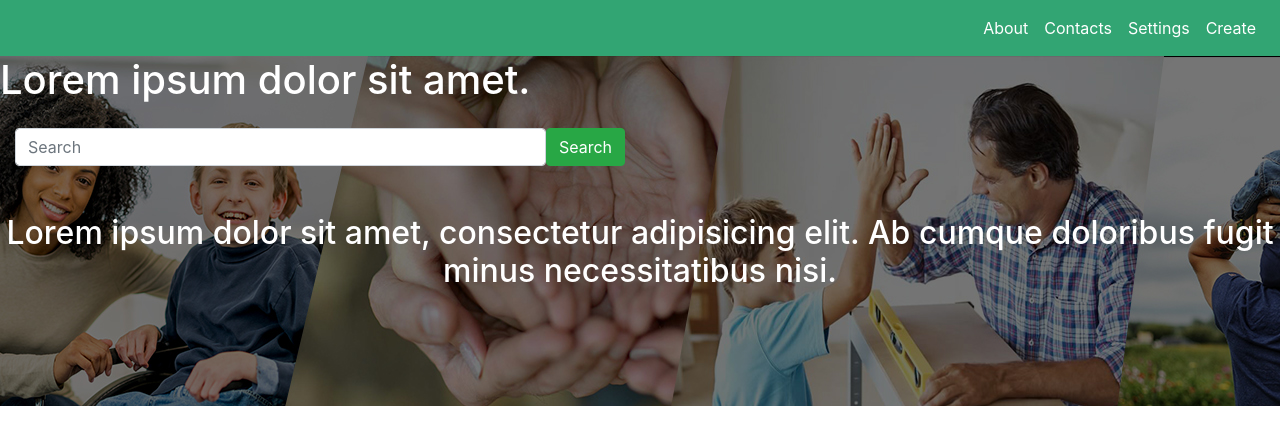
Repository: abduvali-aminov/fond
Page: http://localhost/main
The author's editor kept a copy of each file at every save. The page is drawn from the files as they stood at one save, then again after the next save.
The browser window is 1280 px wide. The pictures show the whole page.
The page is served by the project's Laravel application, run on PHP 8.4 with Laravel 8.

Above is the page before, as saved 2021-01-18 12:48:30.

After the next save:
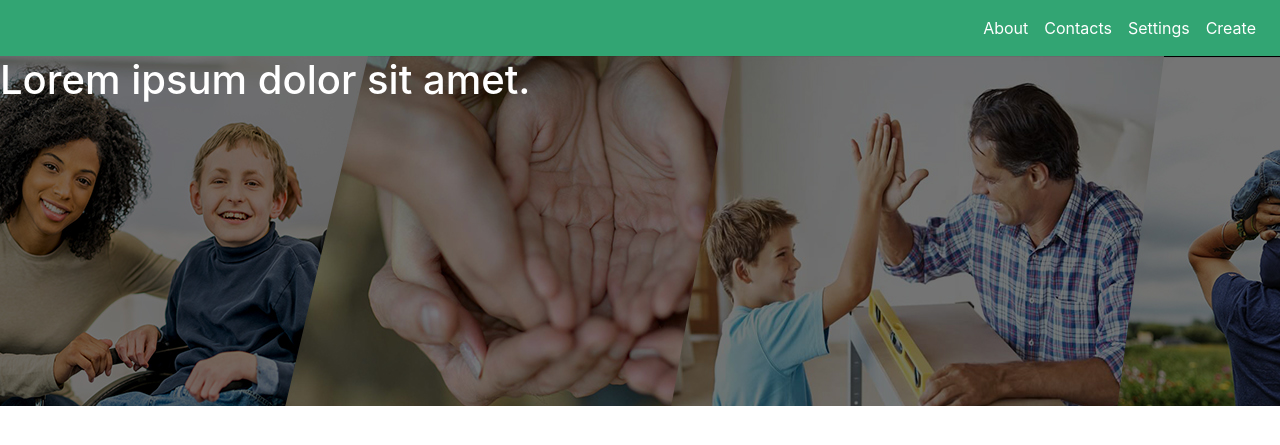
Saved 17 s later.
--- a/resources/views/main/index.blade.php
+++ b/resources/views/main/index.blade.php
@@ -4,11 +4,11 @@
     <div  style="height: 350px;background-image:url('{{ asset('images/photo_3.jpg') }}');position:relative">
             <div class="center">
                 <h1 class="text-white">Lorem ipsum dolor sit amet.</h1>
-                <form class="d-flex col-6 mt-4">
+                {{-- <form class="d-flex col-6 mt-4">
                     <input class="form-control" type="search" placeholder="Search" aria-label="Search">
                     <button class="btn btn-success" type="submit">Search</button>
                 </form>
-                <h2 class="text-center text-white mt-5">Lorem ipsum dolor sit amet, consectetur adipisicing elit. Ab cumque doloribus fugit minus necessitatibus nisi.</h2>
+                <h2 class="text-center text-white mt-5">Lorem ipsum dolor sit amet, consectetur adipisicing elit. Ab cumque doloribus fugit minus necessitatibus nisi.</h2> --}}
             </div>
     </div>
 

After the save that followed:
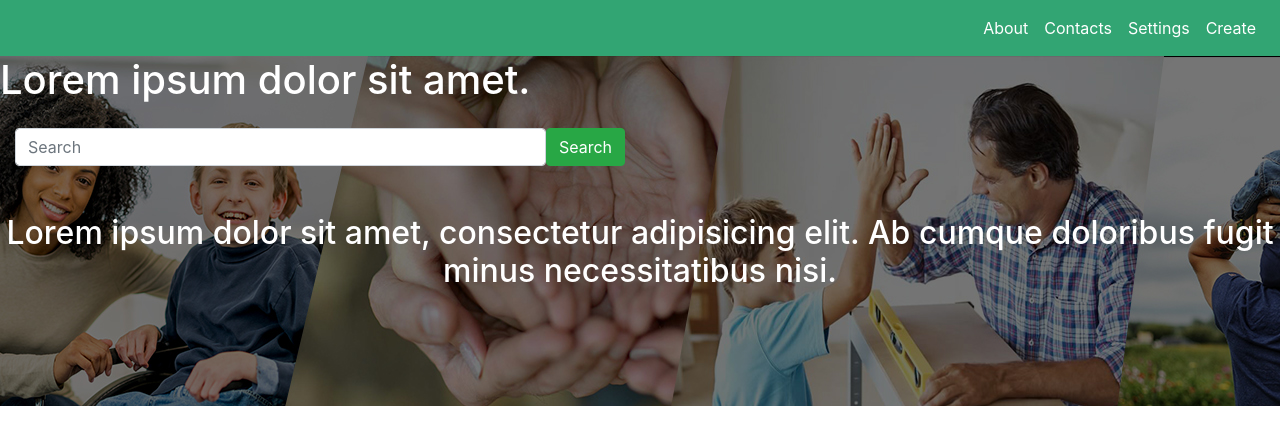
Saved 5 s later.
--- a/resources/views/main/index.blade.php
+++ b/resources/views/main/index.blade.php
@@ -4,12 +4,13 @@
     <div  style="height: 350px;background-image:url('{{ asset('images/photo_3.jpg') }}');position:relative">
             <div class="center">
                 <h1 class="text-white">Lorem ipsum dolor sit amet.</h1>
-                {{-- <form class="d-flex col-6 mt-4">
+                <form class="d-flex col-6 mt-4">
                     <input class="form-control" type="search" placeholder="Search" aria-label="Search">
                     <button class="btn btn-success" type="submit">Search</button>
                 </form>
-                <h2 class="text-center text-white mt-5">Lorem ipsum dolor sit amet, consectetur adipisicing elit. Ab cumque doloribus fugit minus necessitatibus nisi.</h2> --}}
+                <h2 class="text-center text-white mt-5">Lorem ipsum dolor sit amet, consectetur adipisicing elit. Ab cumque doloribus fugit minus necessitatibus nisi.</h2>
             </div>
+        </center>
     </div>
 
 @endsection
